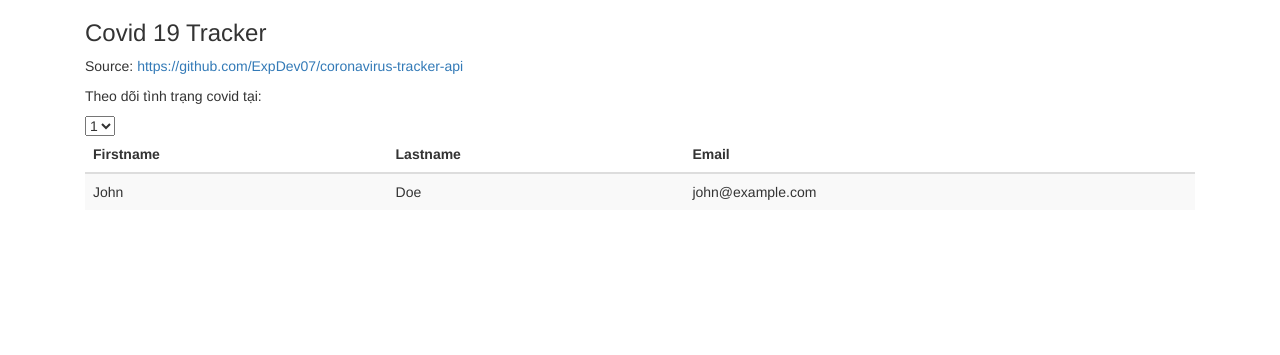
Repository: critdang/electro_store
Page: javascript_project/covid_tracker/index.html
The author's editor kept a copy of each file at every save. The page is drawn from the files as they stood at one save, then again after the next save.
The browser window is 1280 px wide. The pictures show the whole page.

Above is the page before, as saved 2021-09-22 23:54:05.
Console error (its wording comes from the project's code and is left out).

### javascript_project/covid_tracker/index.html
<!DOCTYPE html>
<html lang="en">
<head>
    <meta charset="UTF-8">
    <meta name="viewport" content="width=device-width, initial-scale=1.0">
    <title>Covid Tracker</title>
        <!-- Latest compiled and minified CSS -->
    <link rel="stylesheet" href="https://maxcdn.bootstrapcdn.com/bootstrap/3.3.7/css/bootstrap.min.css" integrity="sha384-BVYiiSIFeK1dGmJRAkycuHAHRg32OmUcww7on3RYdg4Va+PmSTsz/K68vbdEjh4u" crossorigin="anonymous">

    <!-- Optional theme -->
    <link rel="stylesheet" href="https://maxcdn.bootstrapcdn.com/bootstrap/3.3.7/css/bootstrap-theme.min.css" integrity="sha384-rHyoN1iRsVXV4nD0JutlnGaslCJuC7uwjduW9SVrLvRYooPp2bWYgmgJQIXwl/Sp" crossorigin="anonymous">


</head>
<body>
    <div class ="container">
        <div class="col-md-12">
            <h3>Covid 19 Tracker</h3>
            <p> Source: <a href="">https://github.com/ExpDev07/coronavirus-tracker-api</a></p>

            <p>Theo dõi tình trạng covid tại: <div id:"title"></div></p>
            <select>
                <option>1</option>
            </select>
            <table class="table table-striped">
                <thead>
                  <tr>
                    <th>Firstname</th>
                    <th>Lastname</th>
                    <th>Email</th>
                  </tr>
                </thead>
                <tbody>
                  <tr>
                    <td>John</td>
                    <td>Doe</td>
                    <td>john@example.com</td>
                  </tr>
                  <tr>
                  </tr>
                </tbody>
              </table>
        </div>
    </div>
</body>
<!-- Latest compiled and minified JavaScript -->
<script src="https://maxcdn.bootstrapcdn.com/bootstrap/3.3.7/js/bootstrap.min.js" integrity="sha384-Tc5IQib027qvyjSMfHjOMaLkfuWVxZxUPnCJA7l2mCWNIpG9mGCD8wGNIcPD7Txa" crossorigin="anonymous"></script>
<script type="text/javascript" src="app.js"></script>
<!--  phải để dưới body vì chạy cấu trúc DOM trước -->
</html>

Loaded but not shown: javascript_project/covid_tracker/app.js (common file)

After the next save:
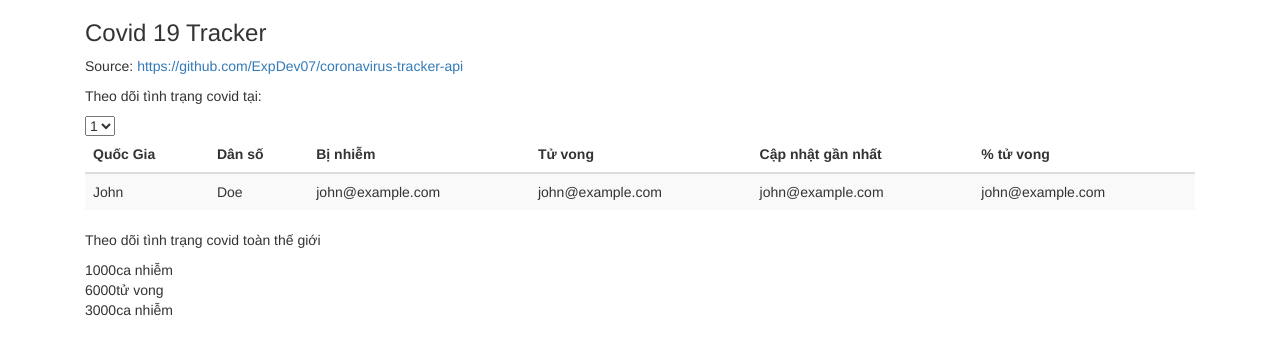
Saved 4 min 4 s later.
--- a/javascript_project/covid_tracker/index.html
+++ b/javascript_project/covid_tracker/index.html
@@ -25,9 +25,13 @@
             <table class="table table-striped">
                 <thead>
                   <tr>
-                    <th>Firstname</th>
-                    <th>Lastname</th>
-                    <th>Email</th>
+                    <th>Quốc Gia</th>
+                    <th>Dân số</th>
+                    <th>Bị nhiễm</th>
+                    <th>Tử vong</th>
+                    <th>Cập nhật gần nhất</th>
+                    <th>% tử vong</th>
+
                   </tr>
                 </thead>
                 <tbody>
@@ -35,11 +39,19 @@
                     <td>John</td>
                     <td>Doe</td>
                     <td>john@example.com</td>
+                    <td>john@example.com</td>
+                    <td>john@example.com</td>
+                    <td>john@example.com</td>
                   </tr>
                   <tr>
                   </tr>
                 </tbody>
               </table>
+              <!---world-->
+              <p>Theo dõi tình trạng covid toàn thế giới</p>
+              <div id="total" >1000ca nhiễm</div>
+              <div id="total_tuvong" >6000tử vong</div>
+              <div id="total_phuchoi" >3000ca nhiễm</div>
         </div>
     </div>
 </body>
